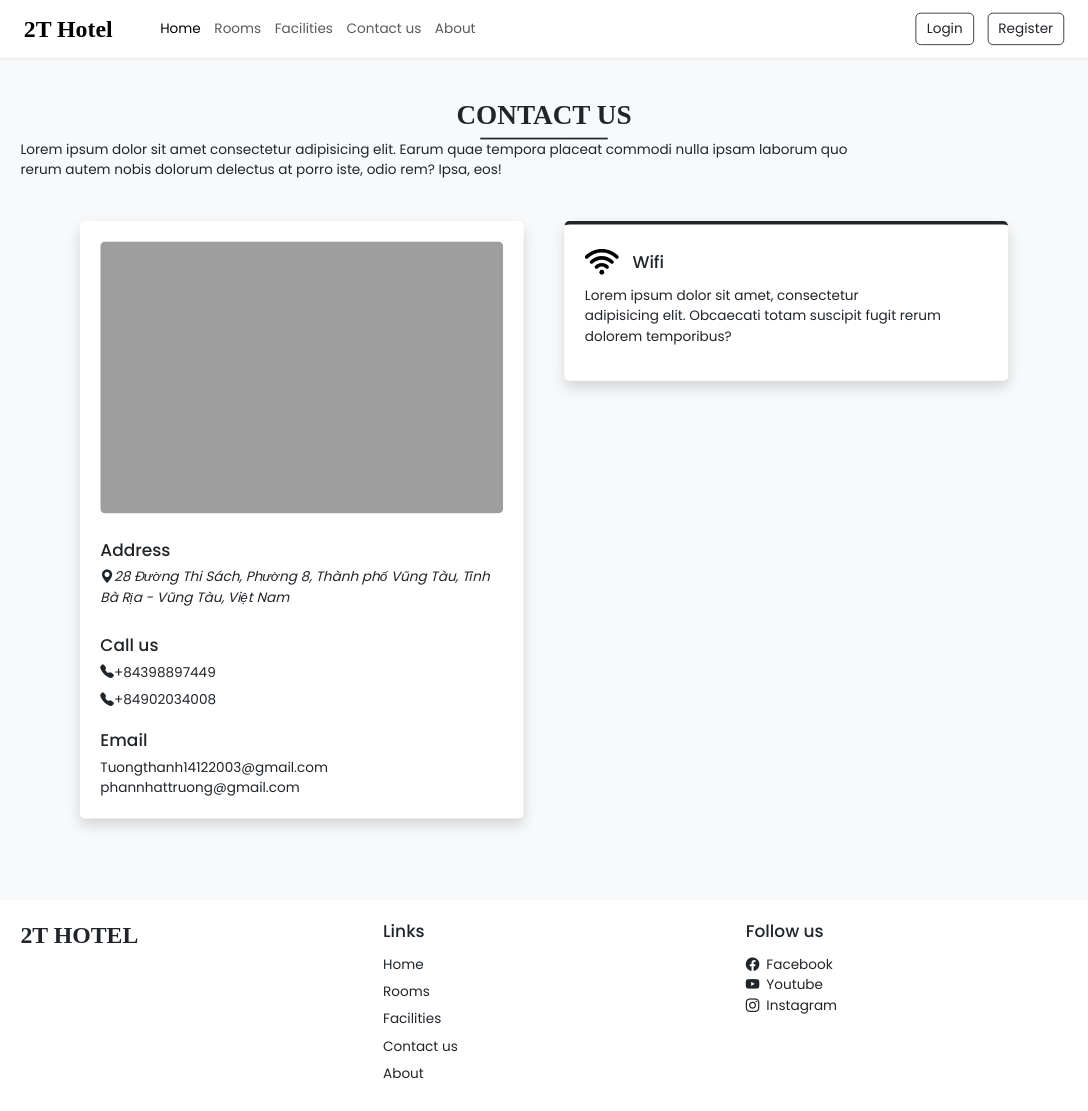
Repository: TaTongThanh2003/DoAnCoSo2024_BookingHotelWebsite
Page: http://localhost/WebsiteBookingHotel/contact.php
These files come from the project's save history. The page is drawn as it stood at one moment and after the next save; the edit follows.
The browser window is 1280 px wide. The pictures show the whole page, at 85% of full size.
Pictures or frames that could not be fetched are drawn as grey boxes. Some web fonts or font styles are not loaded; a fallback is used. The page is run by PHP 8.4 with error messages shown; the project is at /var/www/html/.

Above is the page before, as saved 2024-03-22 14:42:35.

### WebsiteBookingHotel/contact.php
<!DOCTYPE html>
<html lang="en">

<head>
    <meta charset="UTF-8">
    <meta http-equiv="X-UA-Compatible" content="IE-edge">
    <meta name="viewport" content="width=device-width, initial-scale=1.0">
    <title>2T Hotel - CONTACT</title>
    <?php require('inc/links.php'); ?>
    <style>
    .pop:hover {
        border-top-color: var(--teal) !important;
        transform: scale(1.03);
        transition: all 0.3s;
    }
    </style>
    <link rel="stylesheet" href="https://cdn.jsdelivr.net/npm/swiper@11/swiper-bundle.min.css" />
    <style>
    @media screen and (max-width: 575px) {
        .availability-form {
            margin: 25px;
            padding: 0 35px;
        }
    }
    </style>
</head>

<body class="bg-light">
    <?php require('inc/header.php'); ?>

    <div class="my-5 px-4">
        <h2 class="fw-bold h-font text-center">CONTACT US</h2>
        <div class="h-line bg-dark"></div>
        <p>Lorem ipsum dolor sit amet consectetur adipisicing elit. Earum quae tempora placeat commodi nulla ipsam
            laborum quo <br> rerum autem nobis dolorum delectus at porro iste, odio rem? Ipsa, eos!</p>
    </div>
    <div class="container">
        <div class="row">
            <div class="col-lg-6 col-md-6 mb-5 px-4">
                <div class="bg-white rounded shadow p-4 ">
                    <iframe
                        src="https://www.google.com/maps/embed?pb=!1m18!1m12!1m3!1d1387.4586037672818!2d107.14647667339156!3d10.395697334627467!2m3!1f0!2f0!3f0!3m2!1i1024!2i768!4f13.1!3m3!1m2!1s0x31756fd4554f0cf5%3A0xb24fd23bf641fa40!2zVsWpbmcgVMOgdSwgQsOgIFLhu4thIC0gVsWpbmcgVMOgdSwgVmnhu4d0IE5hbQ!5e0!3m2!1svi!2s!4v1710661690680!5m2!1svi!2s"
                        class="w-100 rounded mb-4" height="320px" loading="lazy"
                        referrerpolicy="no-referrer-when-downgrade"></iframe>
                    <h5>Address</h5>
                    <a href="https://maps.app.goo.gl/TkpwJFueXijHawj1A" target="_blank"
                        class="d-inline-block text-decoration-none text-dark mb-2">
                        <i class="bi bi-geo-alt-fill">28 Đường Thi Sách, Phường 8, Thành phố Vũng Tàu,
                            Tỉnh Bà Rịa - Vũng Tàu, Việt Nam</i>
                    </a>
                    <h5 class="mt-4">Call us</h5>
                    <a href="tel: +84398897449" class="d-inline-block mb-2 text-decoration-none text-dark">
                        <i class="bi bi-telephone-fill"></i>+84398897449
                    </a>
                    <br>
                    <a href="tel: +84902034008" class="d-inline-block text-decoration-none text-dark">
                        <i class="bi bi-telephone-fill"></i>+84902034008
                    </a>
                    <h5 class="mt-4">Email</h5>
                    <a href="Mail To: tuongthanh14122003@gmail.com "
                        class="d-inline-block text-decoration-none text-dark">Tuongthanh14122003@gmail.com</a><br>
                    <a href="MailTo: phannhattruong@gmail.com "
                        class="d-inline-block text-decoration-none text-dark">phannhattruong@gmail.com</a>
                </div>
            </div>
            <div class="col-lg-6 col-md-6 mb-5 px-4">
                <div class="bg-white rounded shadow p-4 border-top border-4 border-dark pop">
                    <div class="d-flex align-items-center mb-2">
                        <img src="images/facilities/Wifi.svg" alt="" width="40px">
                        <h5 class="m-0 ms-3">Wifi</h5>
                    </div>
                    <p>Lorem ipsum dolor sit amet, consectetur <br> adipisicing elit. Obcaecati totam suscipit fugit
                        rerum
                        dolorem temporibus?</p>
                </div>
            </div>

        </div>
    </div>

    <!-- footer -->
    <?php require('inc/footer.php'); ?>




    <!-- <script src="https://cdn.jsdelivr.net/npm/swiper@11/swiper-bundle.min.js"></script>
    <script src="https://cdn.jsdelivr.net/npm/bootstrap@5.3.3/dist/js/bootstrap.bundle.min.js"
        integrity="sha384-YvpcrYf0tY3lHB60NNkmXc5s9fDVZLESaAA55NDzOxhy9GkcIdslK1eN7N6jIeHz" crossorigin="anonymous">
    </script> -->
    <!-- <script>
    var swiper = new Swiper(".swiper-container", {
        spaceBetween: 30,
        effect: "fade",
        loop: true,
        autoplay: {
            delay: 3500,
            disableOnInteraction: false,
        }
    });
    var swiper = new Swiper(".swiper-testimonials", {
        effect: "coverflow",
        grabCursor: true,
        centeredSlides: true,
        slidesPerView: "auto",
        slidesPerView: "3",
        loop: true,
        coverflowEffect: {
            rotate: 50,
            stretch: 0,
            depth: 100,
            modifier: 1,
            slideShadows: false,
        },
        pagination: {
            el: ".swiper-pagination",
        },
        breakpoints: {
            320: {
                slidesPerView: 1,
            },
            640: {
                slidesPerView: 1,
            },
            768: {
                slidesPerView: 2,
            },
            1024: {
                slidesPerView: 3,
            },
        }
    });
    </script> -->
</body>

</html>

### WebsiteBookingHotel/inc/links.php
<link href="https://cdn.jsdelivr.net/npm/bootstrap@5.3.3/dist/css/bootstrap.min.css" rel="stylesheet"
    integrity="sha384-QWTKZyjpPEjISv5WaRU9OFeRpok6YctnYmDr5pNlyT2bRjXh0JMhjY6hW+ALEwIH" crossorigin="anonymous">
<link href="https://fonts.googleapis.com/css2?family=Merienda:wght@400;700&family=Poppins:wght@400;500;600&display=swap"
    rel="stylesheet">
<link rel="stylesheet" href="https://cdn.jsdelivr.net/npm/bootstrap-icons@1.11.3/font/bootstrap-icons.min.css">
<link rel="stylesheet" href="css/common.css">

### WebsiteBookingHotel/inc/header.php
<nav class="navbar navbar-expand-lg navbar-light bg-white px-lg-3 py-lg-2 shadow-sm sticky-top">
    <div class="container-fluid">
        <a class="navbar-brand me-5 fw-bold fs-3 h-font" href="index.php">2T Hotel</a>
        <button class="navbar-toggler shadow-none" type="button" data-bs-toggle="collapse"
            data-bs-target="#navbarSupportedContent" aria-controls="navbarSupportedContent" aria-expanded="false"
            aria-label="Toggle navigation">
            <span class="navbar-toggler-icon"></span>
        </button>
        <div class="collapse navbar-collapse" id="navbarSupportedContent">
            <ul class="navbar-nav me-auto mb-2 mb-lg-0">
                <li class="nav-item">
                    <a class="nav-link active" aria-current="page" href="index.php">Home</a>
                </li>
                <li class="nav-item">
                    <a class="nav-link" href="#">Rooms</a>
                </li>
                <li class="nav-item">
                    <a class="nav-link" href="facilities.php">Facilities</a>
                </li>
                <li class="nav-item">
                    <a class="nav-link" href="contact.php">Contact us</a>
                </li>
                <li class="nav-item">
                    <a class="nav-link" href="about.php">About</a>
                </li>
            </ul>
            <div class="d-flex">
                <button type="button" class="btn btn-outline-dark shadow-none me-lg-3 me-2" data-bs-toggle="modal"
                    data-bs-target="#loginModal">
                    Login
                </button>
                <button type="button" class="btn btn-outline-dark shadow-none " data-bs-toggle="modal"
                    data-bs-target="#registerModal">
                    Register
                </button>
            </div>
        </div>
    </div>
</nav>

<!-- login -->
<div class="modal fade" id="loginModal" data-bs-backdrop="static" data-bs-keyboard="false" tabindex="-1"
    aria-labelledby="staticBackdropLabel" aria-hidden="true">
    <div class="modal-dialog">
        <div class="modal-content">
            <form>
                <div class="modal-header">
                    <h5 class="modal-title d-flex align-item-center">
                        <i class="bi bi-person-circle fs-5 me-2"></i> User login
                    </h5>
                    <button type="reset" class="btn-close shadow-none" data-bs-dismiss="modal"
                        aria-label="Close"></button>
                </div>
                <div class="modal-body">
                    <div class="mb-3">
                        <label class="form-label">Email address</label>
                        <input type="email" class="form-control shadow-none">
                    </div>
                    <div class="mb-4">
                        <label class="form-label">Password</label>
                        <input type="password" class="form-control shadow-none">
                    </div>
                    <div class="d-flex align-items-center justify-content-between mb-2">
                        <button type="submit" class="btn btn-dark shadow-none">LOGIN</button>
                        <a href="javascript: void(0)" class="text-secondary text-decoration-none">Forgot
                            Password?</a>
                    </div>
                </div>
            </form>
        </div>
    </div>
</div>

<!-- Register -->
<div class="modal fade" id="registerModal" data-bs-backdrop="static" data-bs-keyboard="false" tabindex="-1"
    aria-labelledby="staticBackdropLabel" aria-hidden="true">
    <div class="modal-dialog modal-lg">
        <div class="modal-content">
            <form>
                <div class="modal-header">
                    <h5 class="modal-title d-flex align-item-center">
                        <i class="bi bi-person-lines-fill fs-5 me-2"></i>
                        User Registration
                    </h5>
                    <button type="reset" class="btn-close shadow-none" data-bs-dismiss="modal"
                        aria-label="Close"></button>
                </div>
                <div class="modal-body">
                    <span class="badge rounded-pill bg-light text-dark mb-3 text-wrap lh-base">
                        Note: Your details must match with your ID (Aadhar card, passport, driving license, etc.)
                        that will be required dring check-in.
                    </span>
                    <div class="container-fluid">
                        <div class="row">
                            <!-- Name -->
                            <div class="col-md-6 ps-0 mb-3">
                                <label class="form-label">Name</label>
                                <input type="text" class="form-control shadow-none">
                            </div>
                            <!-- Email -->
                            <div class="col-md-6 p-0 mb-3">
                                <label class="form-label">Email</label>
                                <input type="email" class="form-control shadow-none">
                            </div>
                            <!-- Phone Number -->
                            <div class="col-md-6 ps-0 mb-3">
                                <label class="form-label">Phone Number</label>
                                <input type="number" class="form-control shadow-none">
                            </div>
                            <!-- Picture -->
                            <div class="col-md-6 p-0 mb-3">
                                <label class="form-label">Picture</label>
                                <input type="file" class="form-control shadow-none">
                            </div>
                            <!-- Address -->
                            <div class="col-md-12 p-0 mb-3">
                                <label class="form-label">Address</label>
                                <textarea class="form-control shadow-none" rows="1"></textarea>
                            </div>
                            <!-- Pincode -->
                            <div class="col-md-6 ps-0 mb-3">
                                <label class="form-label">Pincode</label>
                                <input type="number" class="form-control shadow-none">
                            </div>
                            <!-- Date of birth -->
                            <div class="col-md-6 p-0 mb-3">
                                <label class="form-label">Date of birth</label>
                                <input type="date" class="form-control shadow-none">
                            </div>
                            <!-- Password -->
                            <div class="col-md-6 ps-0 mb-3">
                                <label class="form-label">Password</label>
                                <input type="password" class="form-control shadow-none">
                            </div>
                            <!-- Comfirm Password -->
                            <div class="col-md-6 p-0 mb-3">
                                <label class="form-label">Comfirm Password</label>
                                <input type="password" class="form-control shadow-none">
                            </div>
                        </div>
                    </div>
                    <div class="text-center my-1">
                        <button type="submit" class="btn btn-dark shadow-none">REGISTER</button>
                    </div>
                </div>
            </form>
        </div>
    </div>
</div>

### WebsiteBookingHotel/inc/footer.php
<div class="container-fluid bg-white mt-5">
    <div class="row">
        <div class="col-lg-4 p-4">
            <h3 class="h-font fw-bold fs-3">2T HOTEL</h3>
            <p>

            </p>
        </div>
        <div class="col-lg-4 p-4">
            <h5 class="mb-3">Links</h5>
            <a href="#" class="d-inline-block mb-2 text-dark text-decoration-none">Home</a><br>
            <a href="#" class="d-inline-block mb-2 text-dark text-decoration-none">Rooms</a><br>
            <a href="#" class="d-inline-block mb-2 text-dark text-decoration-none">Facilities</a><br>
            <a href="#" class="d-inline-block mb-2 text-dark text-decoration-none">Contact us</a><br>
            <a href="#" class="d-inline-block mb-2 text-dark text-decoration-none">About</a>
        </div>
        <div class="col-lg-4 p-4">
            <h5 class="mb-3">Follow us</h5>
            <a href="#" class="d-inline-block text-dark text-decoration-none md-2">
                <i class="bi bi-facebook me-1"></i> Facebook
            </a><br>
            <a href="#" class="d-inline-block text-dark text-decoration-none md-2">
                <i class="bi bi-youtube me-1"></i> Youtube
            </a><br>
            <a href="#" class="d-inline-block text-dark text-decoration-none ">
                <i class="bi bi-instagram me-1"></i> Instagram
            </a><br>
        </div>
    </div>
</div>

### WebsiteBookingHotel/css/common.css
:root{
    --teal: #2ec1ac;
    --teal_hover: #279e8c;
}

* {
    font-family: 'Poppins', sans-serif;
}

.h-font {
    font-family: 'Merienda', cursive;
}

input::-webkit-outer-spin-button,
input::-webkit-inner-spin-button {
    -webkit-appearance: none;
    margin: 0;
}

/* input[type=number] {
    -moz-appearance: textfield;
} */

.custom-bg {
    background-color: var(--teal);
    border: 1px solid var(--teal);
}

.custom-bg:hover {
    background-color: var(--teal_hover);
    border-color: var(--teal_hover);
}

.availability-form {
    margin-top: -50px;
    z-index: 2;
    position: relative;
}
.h-line{
    width: 150px ;
    margin: 0 auto;
    height: 1.7px;
}

### WebsiteBookingHotel/images/facilities/Wifi.svg
<?xml version="1.0" encoding="iso-8859-1"?>
<!-- Generator: Adobe Illustrator 19.0.0, SVG Export Plug-In . SVG Version: 6.00 Build 0)  -->
<svg version="1.1" id="Capa_1" xmlns="http://www.w3.org/2000/svg" xmlns:xlink="http://www.w3.org/1999/xlink" x="0px" y="0px"
	 viewBox="0 0 494.45 494.45" style="enable-background:new 0 0 494.45 494.45;" xml:space="preserve">
<g>
	<g>
		<g>
			<path d="M395.225,277.325c-6.8,0-13.5-2.6-18.7-7.8c-71.4-71.3-187.4-71.3-258.8,0c-10.3,10.3-27.1,10.3-37.4,0
				s-10.3-27.1,0-37.4c92-92,241.6-92,333.6,0c10.3,10.3,10.3,27.1,0,37.4C408.725,274.725,401.925,277.325,395.225,277.325z"/>
		</g>
		<g>
			<path d="M323.625,348.825c-6.8,0-13.5-2.6-18.7-7.8c-15.4-15.4-36-23.9-57.8-23.9s-42.4,8.5-57.8,23.9
				c-10.3,10.3-27.1,10.3-37.4,0c-10.3-10.3-10.3-27.1,0-37.4c25.4-25.4,59.2-39.4,95.2-39.4s69.8,14,95.2,39.5
				c10.3,10.3,10.3,27.1,0,37.4C337.225,346.225,330.425,348.825,323.625,348.825z"/>
		</g>
		<g>
			<circle cx="247.125" cy="398.925" r="35.3"/>
		</g>
		<g>
			<path d="M467.925,204.625c-6.8,0-13.5-2.6-18.7-7.8c-111.5-111.4-292.7-111.4-404.1,0c-10.3,10.3-27.1,10.3-37.4,0
				s-10.3-27.1,0-37.4c64-64,149-99.2,239.5-99.2s175.5,35.2,239.5,99.2c10.3,10.3,10.3,27.1,0,37.4
				C481.425,202.025,474.625,204.625,467.925,204.625z"/>
		</g>
	</g>
</g>
<g>
</g>
<g>
</g>
<g>
</g>
<g>
</g>
<g>
</g>
<g>
</g>
<g>
</g>
<g>
</g>
<g>
</g>
<g>
</g>
<g>
</g>
<g>
</g>
<g>
</g>
<g>
</g>
<g>
</g>
</svg>

After the next save:
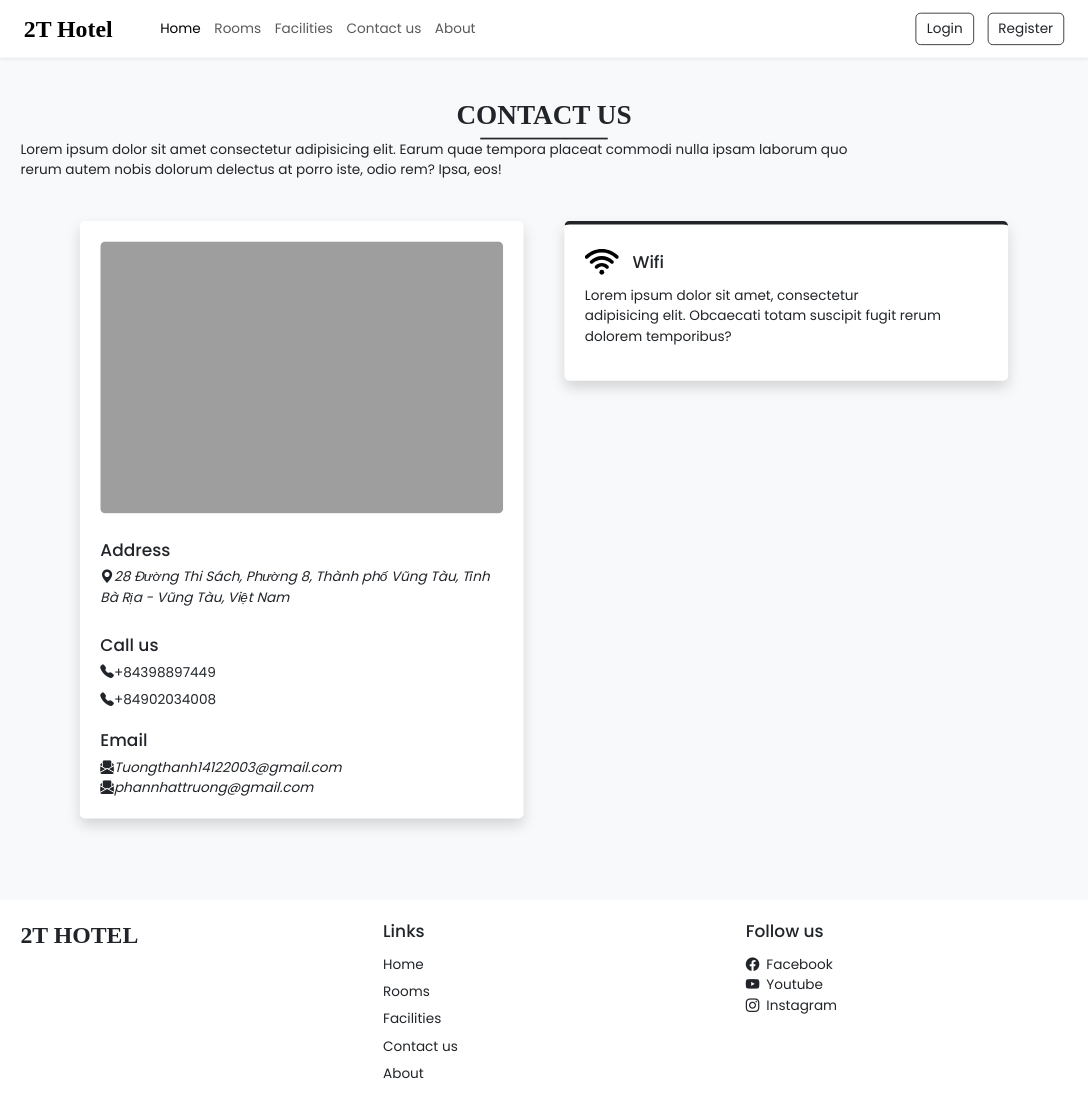
Saved 2 min 8 s later.
--- a/WebsiteBookingHotel/contact.php
+++ b/WebsiteBookingHotel/contact.php
@@ -58,9 +58,10 @@
                     </a>
                     <h5 class="mt-4">Email</h5>
                     <a href="Mail To: tuongthanh14122003@gmail.com "
-                        class="d-inline-block text-decoration-none text-dark">Tuongthanh14122003@gmail.com</a><br>
-                    <a href="MailTo: phannhattruong@gmail.com "
-                        class="d-inline-block text-decoration-none text-dark">phannhattruong@gmail.com</a>
+                        class="d-inline-block text-decoration-none text-dark">
+                        <i class="bi bi-envelope-paper-fill">Tuongthanh14122003@gmail.com</i></a><br>
+                    <a href="MailTo: phannhattruong@gmail.com " class="d-inline-block text-decoration-none text-dark">
+                        <i class="bi bi-envelope-paper-fill">phannhattruong@gmail.com</i></a>
                 </div>
             </div>
             <div class="col-lg-6 col-md-6 mb-5 px-4">
